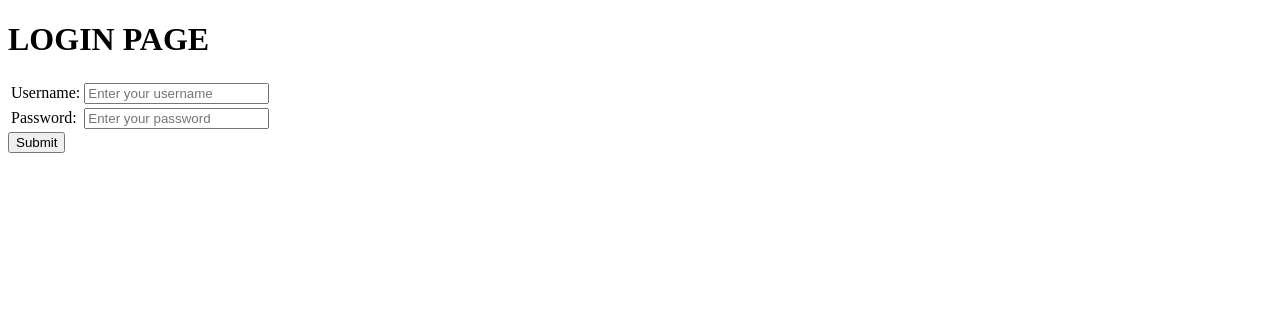
Repository: debratan/Servlet
Page: http://localhost/4VisitCount/
An editor plug-in stored every save of this project. The page is shown before and after the next save, followed by the edit.
The browser window is 1280 px wide. The pictures show the whole page.
The page is served by Tomcat 9.

Above is the page before, as saved 2024-08-15 18:07:31.

After the next save:
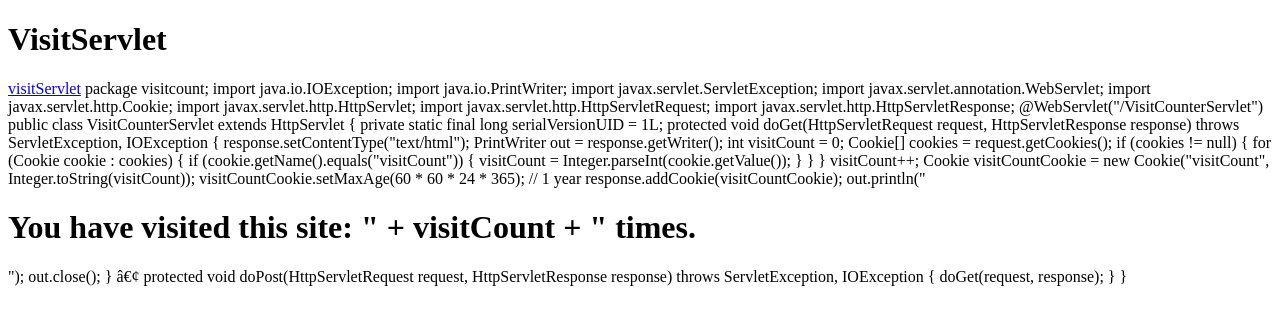
Saved 84 s later.
--- a/4VisitCount/src/main/webapp/index.jsp
+++ b/4VisitCount/src/main/webapp/index.jsp
@@ -2,24 +2,49 @@
 <html>
 <head>
 <meta charset="ISO-8859-1">
-<title>Login</title>
+<title>VisitCount</title>
 </head>
 <body>
-  <div class="container">
-      <h1>LOGIN PAGE</h1>
-      <form action="login" method="get">
-        <table>
-         <tr>
-           <td>Username:</td>
-           <td><input type="text" name="username" placeholder="Enter your username"></td>
-          </tr>
-          <tr>
-            <td>Password:</td>
-            <td><input type="text" name="password" placeholder="Enter your password"></td>
-          </tr>
-      </table>
-       <input type="Submit">
-</form>
-</div>
+<h1> VisitServlet</h1>
+
+    <a href="VisitCounterServlet">visitServlet</a>
+
 </body>
 </html>
+
+package visitcount;
+
+import java.io.IOException; import java.io.PrintWriter; import javax.servlet.ServletException; import javax.servlet.annotation.WebServlet; import javax.servlet.http.Cookie; import javax.servlet.http.HttpServlet; import javax.servlet.http.HttpServletRequest; import javax.servlet.http.HttpServletResponse;
+
+@WebServlet("/VisitCounterServlet")
+ public class VisitCounterServlet extends HttpServlet {     private static final long serialVersionUID = 1L;
+
+    protected void doGet(HttpServletRequest request, HttpServletResponse response) throws ServletException,
+IOException {
+        response.setContentType("text/html");
+        PrintWriter out = response.getWriter();
+
+        int visitCount = 0;
+        Cookie[] cookies = request.getCookies();
+        if (cookies != null) {
+            for (Cookie cookie : cookies) {
+                if (cookie.getName().equals("visitCount")) {                     visitCount =
+Integer.parseInt(cookie.getValue());
+                }
+            }
+        }
+
+        visitCount++;
+
+        Cookie visitCountCookie = new Cookie("visitCount", Integer.toString(visitCount));
+        visitCountCookie.setMaxAge(60 * 60 * 24 * 365); // 1 year
+        response.addCookie(visitCountCookie);
+
+        out.println("<h1>You have visited this site: " + visitCount + " times.</h1>");
+        out.close();
+    }
+
+• protected void doPost(HttpServletRequest request,
+HttpServletResponse response) throws ServletException, IOException {         doGet(request, response);
+    }
+}
